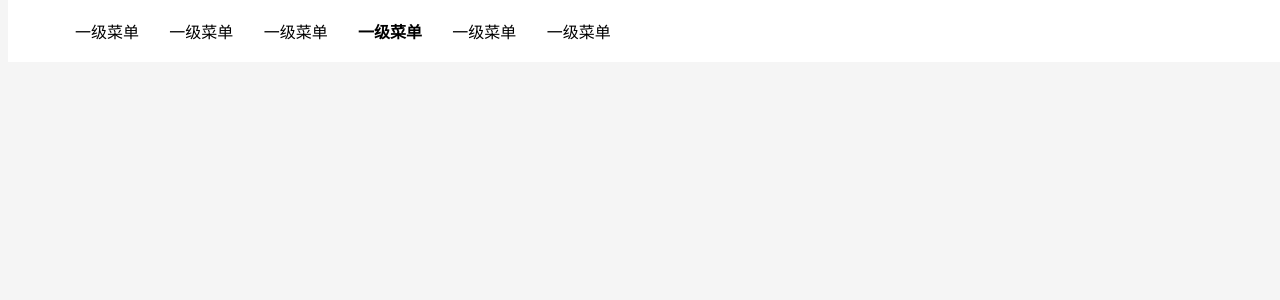
Repository: LJW3112/StudyHTML
Page: 个人作品展示网页/CODE/index.html
These files come from the project's save history. The page is drawn as it stood at one moment and after the next save; the edit follows.
The browser window is 1280 px wide. The pictures show the whole page.

Above is the page before, as saved 2023-02-12 17:00:54.

### 个人作品展示网页/CODE/index.html
<!DOCTYPE html>
<html lang="en">

<head>
    <meta charset="UTF-8">
    <meta http-equiv="X-UA-Compatible" content="IE=edge">
    <meta name="viewport" content="width=device-width, initial-scale=1.0">
    <link rel="stylesheet" href="">

    <head>
        <style type="text/css">
            .top {
                /* 设置宽度高度背景颜色 */
                height: auto;
                /*高度改为自动高度*/
                width: 100%;
                margin-left: 0;
                background: rgb(255, 255, 255);
                position: fixed;
                /*固定在顶部*/
                top: 0;
                /*离顶部的距离为0*/
                margin-bottom: 5px;
            }

            .top ul {
                /* 清除ul标签的默认样式 */
                width: auto;
                /*宽度也改为自动*/
                list-style-type: none;
                white-space: nowrap;
                overflow: hidden;
                margin-left: 5%;
                /* margin-top: 0;          */
                padding: 0;

            }

            .top li {
                float: left;
                /* 使li内容横向浮动，即横向排列  */
                margin-right: 2%;
                /* 两个li之间的距离*/
                position: relative;
                overflow: hidden;
            }

            .top li a {
                /* 设置链接内容显示的格式*/
                display: block;
                /* 把链接显示为块元素可使整个链接区域可点击 */
                color: rgb(0, 0, 0);
                text-align: center;
                padding: 3px;
                overflow: hidden;
                text-decoration: none;
                /* 去除下划线 */

            }

            .top li a:hover {
                /* 鼠标选中时背景变为黑色 */
                background-color: rgb(129, 129, 129);
            }

            .top ul li ul {
                /* 设置二级菜单 */
                margin-left: -0.2px;
                background: rgb(189, 181, 181);
                position: relative;
                display: none;
                /* 默认隐藏二级菜单的内容 */

            }

            .top ul li ul li {
                /* 二级菜单li内容的显示 */

                float: none;
                text-align: center;
            }

            .top ul li:hover ul {
                /* 鼠标选中二级菜单内容时 */
                display: block;
            }

            body {
                background: whitesmoke !important;
            }
        </style>
        <title>星汉 三维产品动画</title>
    </head>

<body>
    <body>
        <div class="top">
            <center>
                <ul>
                    <li></li>
                    <li><a href="#">一级菜单</a></li>
                    <li><a href="#">一级菜单</a></li>
                    <li><a href="#">一级菜单</a></li>
                    <li><a href="#"><b>一级菜单</b></a></li>
                    <li><a href="#">一级菜单</a></li>
                    <li>
                        <a href="#">一级菜单</a>
                        <ul>
                            <li><a href="#">二级菜单</a></li>
                            <li><a href="#">二级菜单</a></li>
                            <li><a href="#">二级菜单</a></li>
                            <li><a href="#">二级菜单</a></li>
                            <li><a href="#">二级菜单</a></li>
                        </ul>
                    </li>
                </ul>
            </center>
        </div>
    </body>
    </head>

</html>

</body>

</html>

After the next save:
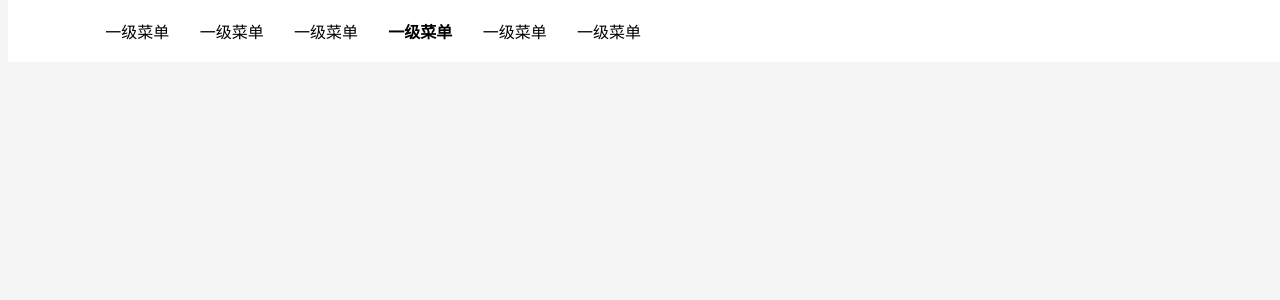
Saved 8 s later.
--- a/个人作品展示网页/CODE/index.html
+++ b/个人作品展示网页/CODE/index.html
@@ -97,7 +97,7 @@
         <div class="top">
             <center>
                 <ul>
-                    <li></li>
+                    <li><a href=""></a></li>
                     <li><a href="#">一级菜单</a></li>
                     <li><a href="#">一级菜单</a></li>
                     <li><a href="#">一级菜单</a></li>
